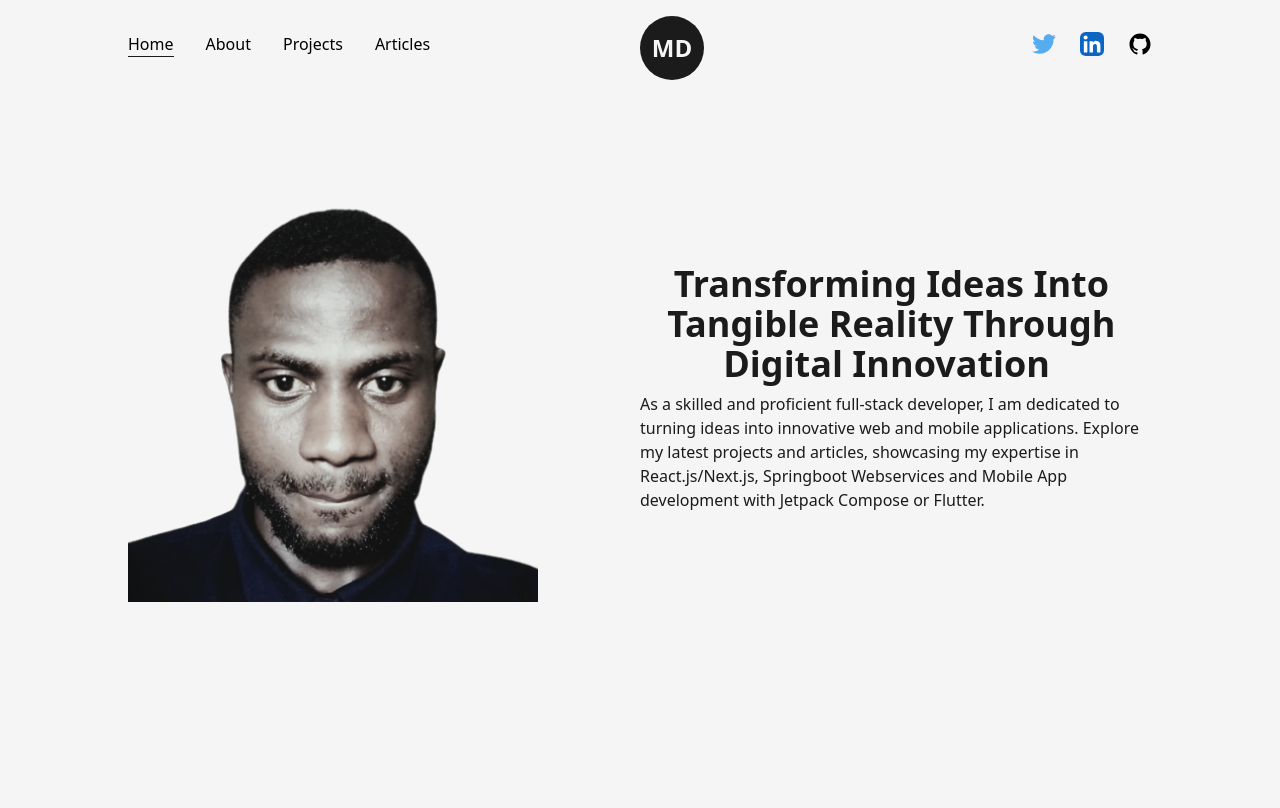
Repository: marcusdashe/situs
Page: /
These files come from the project's save history. The page is drawn as it stood at one moment and after the next save; the edit follows.
The browser window is 1280 px wide. The pictures show the whole page.
The project was rebuilt for these pictures with package versions that can differ from the ones it lists, and the page was loaded fresh each time. The framework's server and built-in components were replaced by stand-ins that run in the browser.

Above is the page before, as saved 2023-06-15 17:53:10.

After the next save:
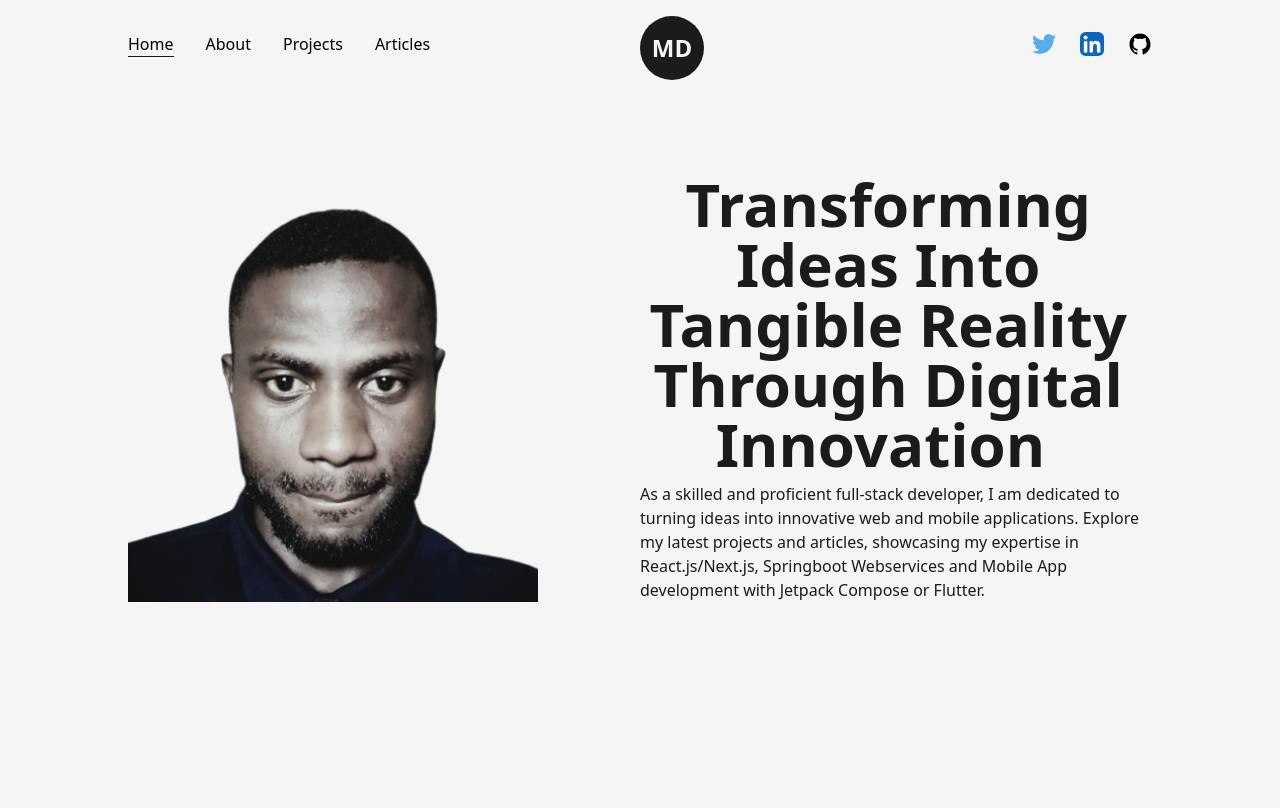
Saved 65 s later.
--- a/src/components/AnimatedText.jsx
+++ b/src/components/AnimatedText.jsx
@@ -4,7 +4,7 @@ const AnimatedText = ({ text, className = "" }) => {
   return (
     <div className="w-full mx-auto py-2 flex items-center justify-center text-center overflow-hidden ">
       <h1
-        className={`inline-block w-full text-dark font-bold capitalize text-4xl ${className}`}
+        className={`inline-block w-full text-dark font-bold capitalize text-6xl ${className}`}
       >
         {text.split(" ").map((word, index) => (
           <span key={index} className="inline-block">
